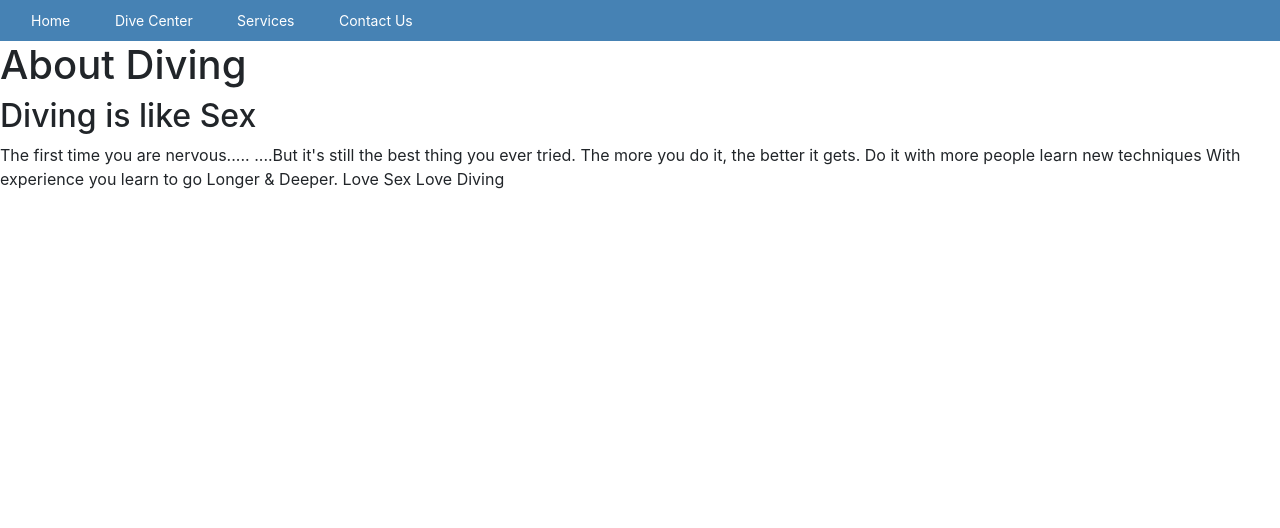
Repository: Code-Institute-Submissions/cathyann-diving.github.io
Page: home.html
The author's editor kept a record of every edit. The page is drawn from the files as they stood at one moment, then again after the next edit.
The browser window is 1280 px wide. The pictures show the whole page.

Above is the page before.

After the next edit:
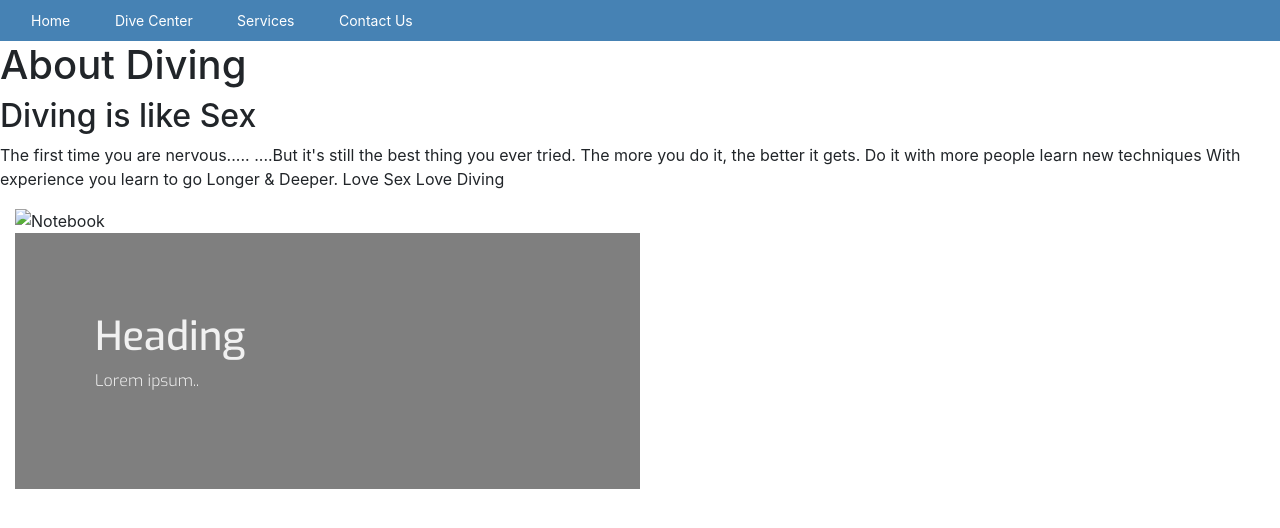
Not found: notebook.jpg
The edit:
--- a/home.html
+++ b/home.html
@@ -42,6 +42,13 @@
             <span>Love Sex Love Diving</span>
         </p>
     </div>
+<div class="container">
+  <img src="notebook.jpg" alt="Notebook" style="width:100%;">
+  <div class="content">
+    <h1>Heading</h1>
+    <p>Lorem ipsum..</p>
+  </div>
+</div>
 
 
 
